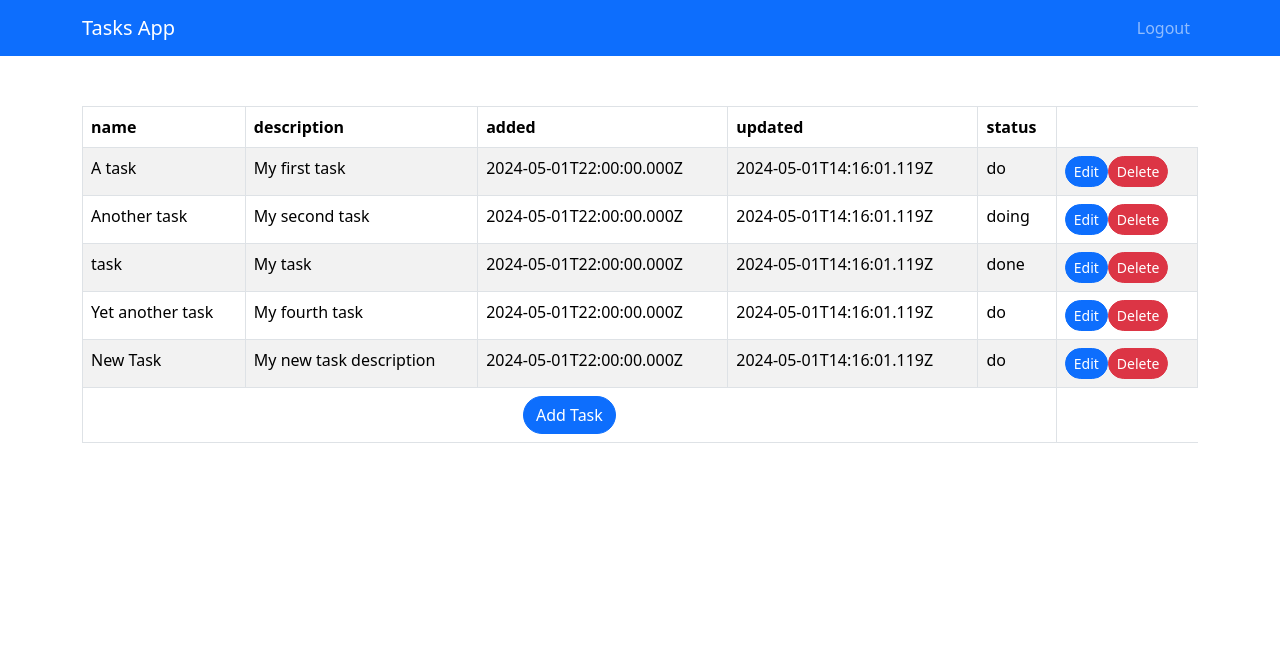
Repository: trider/react-task-manager
Page: /#/tasks
The author's editor kept a copy of each file at every save. The page is drawn from the files as they stood at one save, then again after the next save.
The browser window is 1280 px wide. The pictures show the whole page.
The project was rebuilt for these pictures with package versions that can differ from the ones it lists, and the page was loaded fresh each time. Also part of the build but not shown: src/App.css, src/data/_Users.js, src/pages/Login.js.

Above is the page before, as saved 2024-05-06 15:27:17.

### src/App.js
// import logo from './logo.svg';
import './App.css';
import 'bootstrap/dist/css/bootstrap.min.css';
// import { BrowserRouter, Routes, Route } from "react-router-dom";
import {HashRouter as Router, Routes, Route} from "react-router-dom";
import LoginForm from "./pages/Login";
import TaskList from "./pages/Task";

// const path = process.env.REACT_APP_FOR_PATH;

function App() {
  return (
    <div>
      <Router baseline="/">
        <Routes>
          <Route index element={<LoginForm />} />
            <Route path="login" element={<LoginForm />} />
            <Route path="tasks" element={<TaskList />} />
        </Routes>
      </Router>
    </div>
  );
}

export default App;

### src/pages/Task.js
import * as React from 'react';
import Table from 'react-bootstrap/Table';
import Container from 'react-bootstrap/Container';
import ModalComponent from '../components/Modal';
import userTasks from '../data/_Tasks';
import tableCols from '../data/_Cols';
import NavbarComponent from '../components/Navigation';
import Button from 'react-bootstrap/Button';



const TaskTable = () => {
  return (
    <div>
      <Table striped bordered hover size="lg">
      <thead>
        <tr>
          {tableCols.map((col) => (
            <th key={col}>{col}</th>
          ))}
        </tr>
      </thead>
      <tbody>
        {userTasks.map((task) => (
          <tr key={task.id}>
            {tableCols.map((col) => (
              <td key={col}>{task[col]}</td>
            ))}
            <td>
            <Button  variant="primary rounded-pill" size='sm'>
              Edit
            </Button>
            <Button  variant="danger rounded-pill" size='sm' >
            Delete
          </Button>


            </td>
          </tr>
        ))}

      </tbody>
      <tfoot>
        <tr>
          <td colSpan={tableCols.length}>
          <div className="d-grid gap-2 d-md-flex justify-content-md-center">
            <ModalComponent />
           </div>
          </td>
        </tr>
      </tfoot>
    </Table>




    </div>
  );
}


const TaskList = () => {
  return (
    <div>

    <NavbarComponent />
    <Container style={{marginTop:"50px"}}>
      <TaskTable />
    </Container>
    </div>
  );
}

export default TaskList;

### src/components/Modal.js
import { useState } from 'react';
import Button from 'react-bootstrap/Button';
import Modal from 'react-bootstrap/Modal';

const ModalComponent = ({
  title='Add Task'
}) => {
  const [show, setShow] = useState(false);

  const handleClose = () => setShow(false);
  const handleShow = () => setShow(true);
  return (
    <div>
      <Button variant="primary" onClick={handleShow} className='rounded-pill'>
        {title}
      </Button>

      <Modal show={show} onHide={handleClose}>
        <Modal.Header closeButton>
          <Modal.Title>{title}</Modal.Title>
        </Modal.Header>
        <Modal.Body>
          Woohoo, you are reading this text in a modal!
          <div className='bg-primary text-light text-center' style={{ marginTop: '10px'}}>
          <Button  variant="primary rounded-pill" onClick={handleClose} size='sm' >
            Submit
          </Button>


          </div>


          </Modal.Body>
        {/* <Modal.Footer>


        <div className='bg-primary text-light text-center' >
          <Button  variant="primary" onClick={handleClose}>
            Submit
          </Button>
          </div>
        </Modal.Footer> */}
      </Modal>
    </div>
  );
}

export default ModalComponent;

### src/data/_Tasks.js
const userTasks= [
 {
   id: "6630ab326e723ac1ea6dce7a",
   description: "My first task",
   name: "A task",
   taskId: 1,
   user: "jonnygold",
   added: "2024-05-01T22:00:00.000Z",
   updated: "2024-05-01T14:16:01.119Z",
   status: "do",
   isActive: true
 },
 {
   id: "6630fe5d6e723ac1ea6dce7e",
   description: "My second task",
   name: "Another task",
   taskId: 2,
   user: "jonnygold",
   added: "2024-05-01T22:00:00.000Z",
   updated:"2024-05-01T14:16:01.119Z",
   status: "doing",
   isActive: true
 },
 {
   id: "6630fe826e723ac1ea6dce7f",
   description: "My task",
   name: "task",
   taskId: 3,
   user: "jonnygold",
   added: "2024-05-01T22:00:00.000Z",
   updated:"2024-05-01T14:16:01.119Z",
   status: "done",
   isActive: true
 },
 {
   id: "6631f17cc4c9b7f5ab3c28c3",
   name: "Yet another task",
   description: "My fourth task",
   user: "jonnygold",
   taskId: 4,
   added: "2024-05-01T22:00:00.000Z",
   updated:"2024-05-01T14:16:01.119Z",
   isActive: true,
   status: "do",

 },
 {
   id: "66323f0d54b80929f84ebdd2",
   user: "jonnygold",
   name: "New Task",
   description: "My new task description",
   status: "do",
   taskId: 5,
   added: "2024-05-01T22:00:00.000Z",
   updated:"2024-05-01T14:16:01.119Z",
   isActive: true,
 }

]

export default userTasks

### src/data/_Cols.js
const tableCols = [
 'name',
 'description',
 'added',
 'updated',
 'status',
];

export default tableCols

### src/components/Navigation.js
import * as React from 'react';
import Container from 'react-bootstrap/Container';
import Nav from 'react-bootstrap/Nav';
import Navbar from 'react-bootstrap/Navbar';






const NavbarComponent = () => {
  return (
    <Navbar bg="primary" expand="lg" data-bs-theme="dark">
      <Container>
        <Navbar.Brand href="#home">Tasks App</Navbar.Brand>
        <Navbar.Toggle aria-controls="basic-navbar-nav" />
        <Navbar.Collapse id="basic-navbar-nav">
          <Nav className="me-auto" >
          </Nav>
          <Nav>
            <Nav.Link href="/login">Logout</Nav.Link>
          </Nav>
        </Navbar.Collapse>
      </Container>
    </Navbar>
  );
}



export default NavbarComponent;

Loaded but not shown: public/index.html (common file); src/index.js (common file); src/index.css (common file); src/reportWebVitals.js (common file)

After the next save:
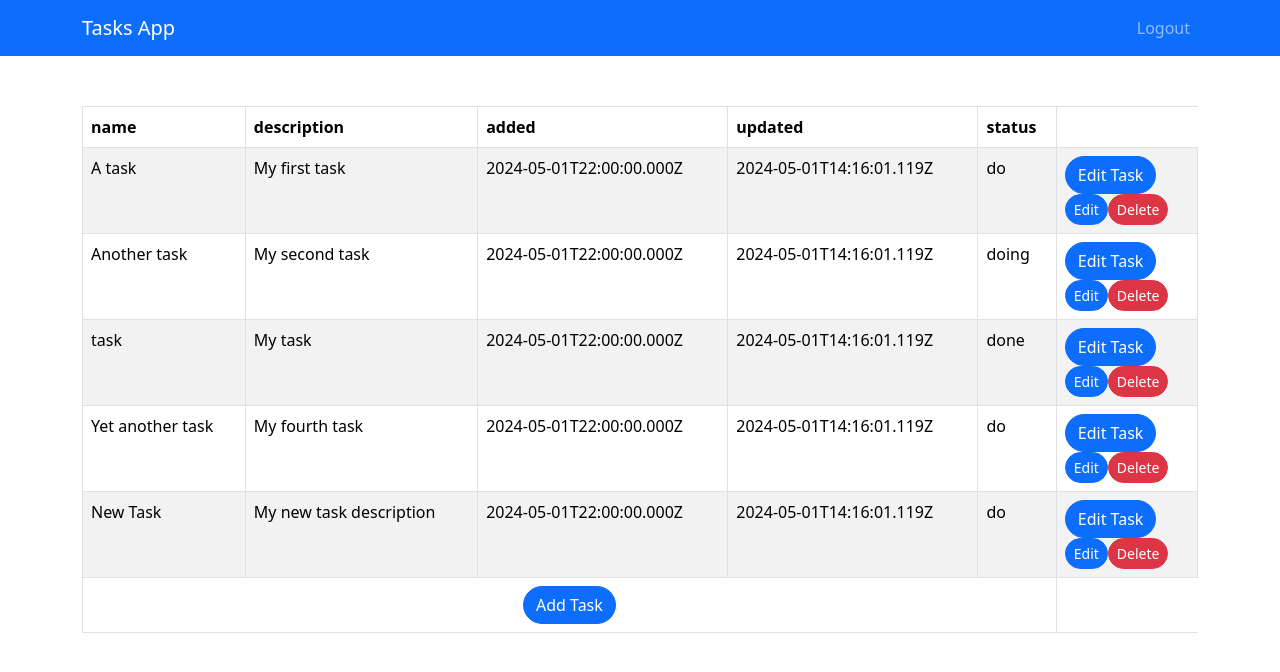
Saved 110 s later.
--- a/src/pages/Task.js
+++ b/src/pages/Task.js
@@ -27,6 +27,7 @@ const TaskTable = () => {
               <td key={col}>{task[col]}</td>
             ))}
             <td>
+            <ModalComponent title={'Edit Task'}/>
             <Button  variant="primary rounded-pill" size='sm'>
               Edit
             </Button>
